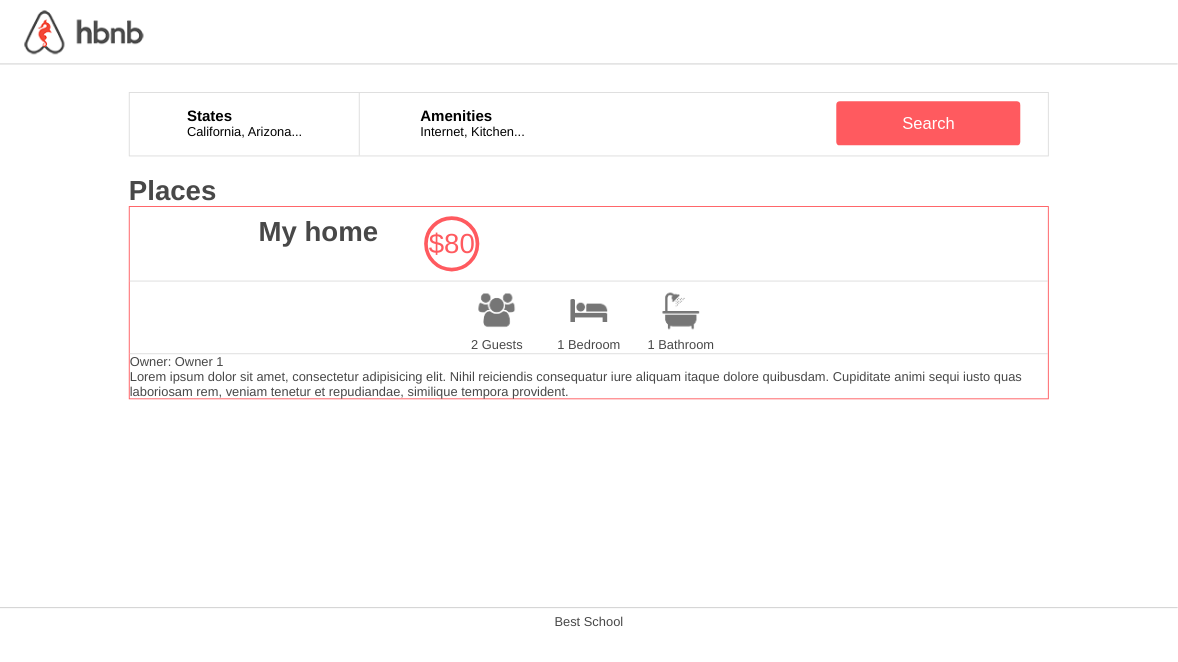
Repository: Eng-0marleves/AirBnB_clone
Page: web_static/8-index.html
These files come from the project's save history. The page is drawn as it stood at one moment and after the next save; the edit follows.
The browser window is 1280 px wide. The pictures show the whole page, at 92% of full size.

Above is the page before, as saved 2023-12-18 07:11:14.

After the next save:
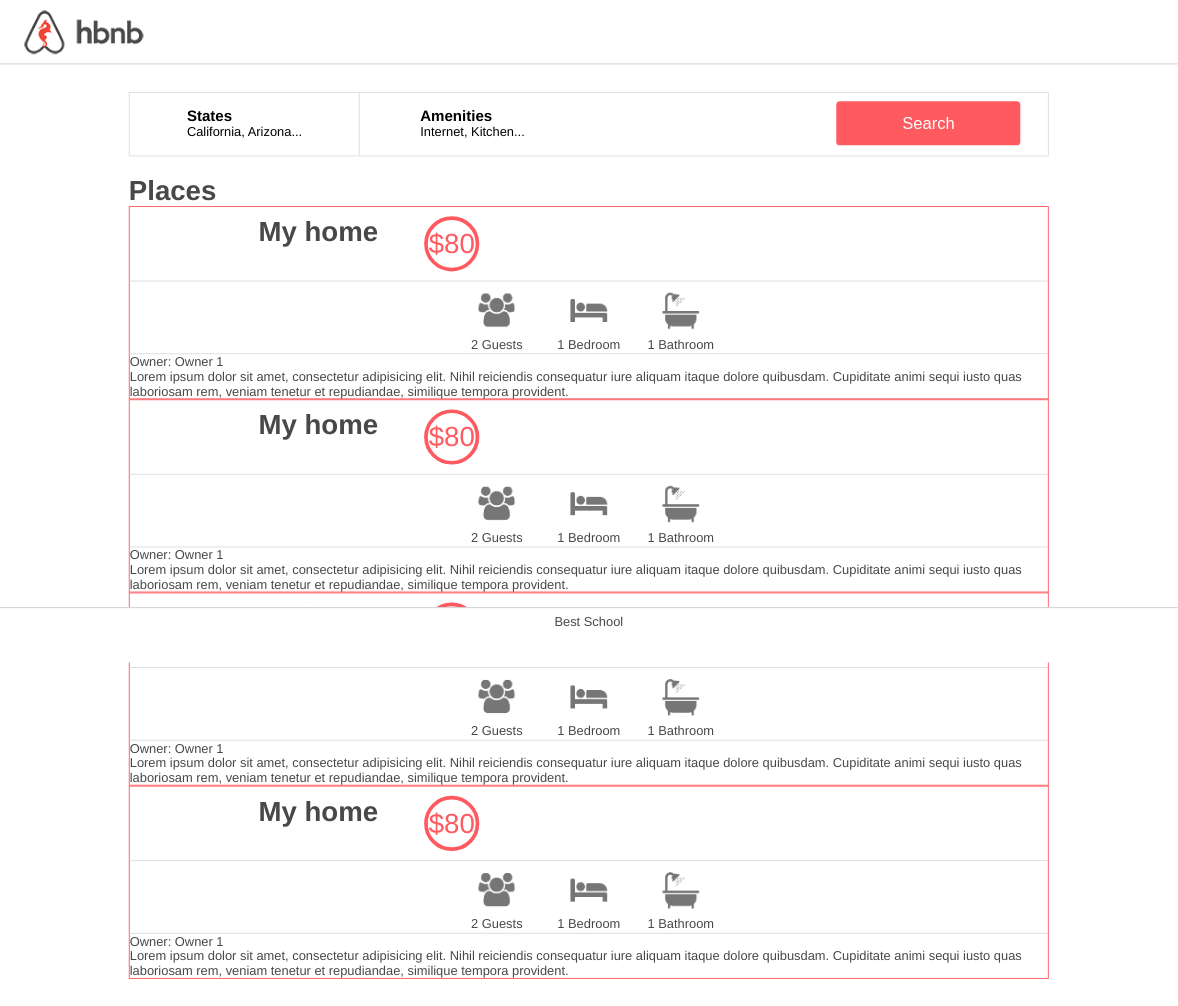
Saved 38 s later.
--- a/web_static/8-index.html
+++ b/web_static/8-index.html
@@ -90,6 +90,96 @@
 						tenetur et repudiandae, similique tempora provident.
 					</div>
 				</article>
+				<article>
+					<div class="header">
+						<h2>My home</h2>
+						<div class="price_by_night">
+							$80
+						</div>
+					</div>
+					<div class="information">
+						<div class="max_guest">
+							<img src="images/icon_group.png" alt="">
+							<p>2 Guests</p>
+						</div>
+						<div class="number_rooms">
+							<img src="images/icon_bed.png" alt="">
+							<p>1 Bedroom</p>
+						</div>
+						<div class="number_bathrooms">
+							<img src="images/icon_bath.png" alt="">
+							<p>1 Bathroom</p>
+						</div>
+					</div>
+					<div class="user">
+						Owner: Owner 1
+					</div>
+					<div class="description">
+						Lorem ipsum dolor sit amet, consectetur adipisicing elit. Nihil reiciendis consequatur iure
+						aliquam itaque dolore quibusdam. Cupiditate animi sequi iusto quas laboriosam rem, veniam
+						tenetur et repudiandae, similique tempora provident.
+					</div>
+				</article>
+				<article>
+					<div class="header">
+						<h2>My home</h2>
+						<div class="price_by_night">
+							$80
+						</div>
+					</div>
+					<div class="information">
+						<div class="max_guest">
+							<img src="images/icon_group.png" alt="">
+							<p>2 Guests</p>
+						</div>
+						<div class="number_rooms">
+							<img src="images/icon_bed.png" alt="">
+							<p>1 Bedroom</p>
+						</div>
+						<div class="number_bathrooms">
+							<img src="images/icon_bath.png" alt="">
+							<p>1 Bathroom</p>
+						</div>
+					</div>
+					<div class="user">
+						Owner: Owner 1
+					</div>
+					<div class="description">
+						Lorem ipsum dolor sit amet, consectetur adipisicing elit. Nihil reiciendis consequatur iure
+						aliquam itaque dolore quibusdam. Cupiditate animi sequi iusto quas laboriosam rem, veniam
+						tenetur et repudiandae, similique tempora provident.
+					</div>
+				</article>
+				<article>
+					<div class="header">
+						<h2>My home</h2>
+						<div class="price_by_night">
+							$80
+						</div>
+					</div>
+					<div class="information">
+						<div class="max_guest">
+							<img src="images/icon_group.png" alt="">
+							<p>2 Guests</p>
+						</div>
+						<div class="number_rooms">
+							<img src="images/icon_bed.png" alt="">
+							<p>1 Bedroom</p>
+						</div>
+						<div class="number_bathrooms">
+							<img src="images/icon_bath.png" alt="">
+							<p>1 Bathroom</p>
+						</div>
+					</div>
+					<div class="user">
+						Owner: Owner 1
+					</div>
+					<div class="description">
+						Lorem ipsum dolor sit amet, consectetur adipisicing elit. Nihil reiciendis consequatur iure
+						aliquam itaque dolore quibusdam. Cupiditate animi sequi iusto quas laboriosam rem, veniam
+						tenetur et repudiandae, similique tempora provident.
+					</div>
+				</article>
 			</div>
 		</section>
 	</div>
